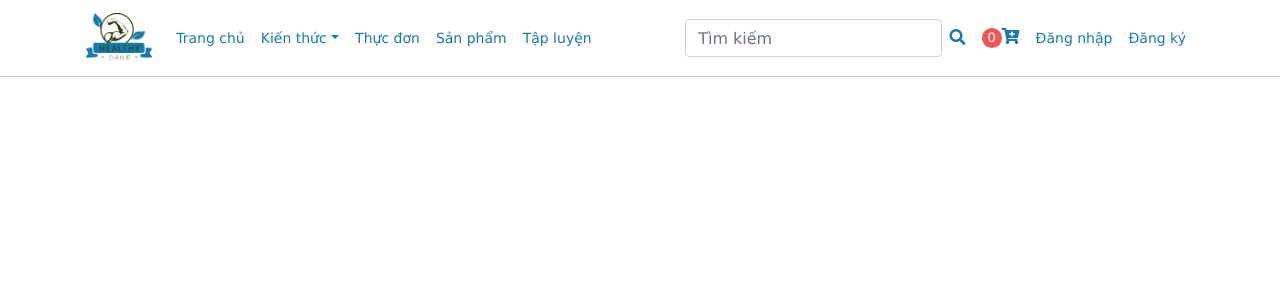
Repository: hohoang106/Project-Intern-Web
Page: homepage/navbar.html
The author's editor kept a copy of each file at every save. The page is drawn from the files as they stood at one save, then again after the next save.
The browser window is 1280 px wide. The pictures show the whole page.
The page's requests for data from a server got no answer.

Above is the page before, as saved 2021-09-12 18:26:45.
Console error: TypeError: Assignment to constant variable.

After the next save:
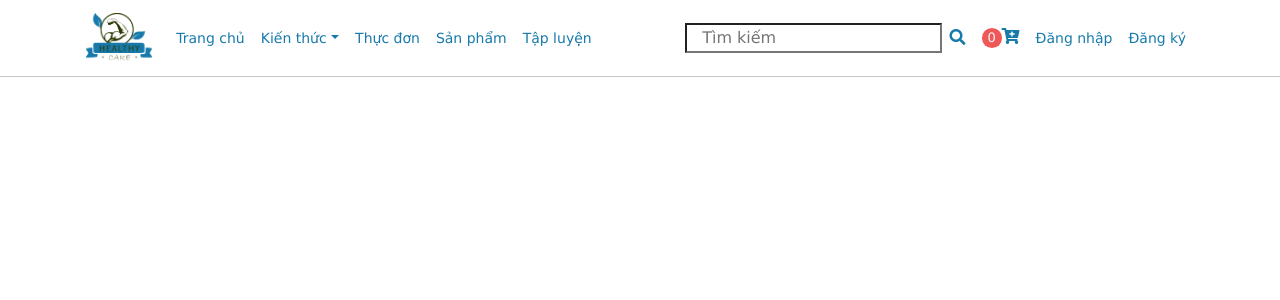
Saved 11 s later.
--- a/homepage/navbar.html
+++ b/homepage/navbar.html
@@ -50,7 +50,7 @@
           </li>
 
         </ul>
-        <input class="form-control col-xl-3 col-12 inputtext" type="search" placeholder="Tìm kiếm">
+        <input class="form-input col-xl-3 col-12 inputtext" type="search" placeholder="Tìm kiếm">
         <div class="icon-search m-2"> <i class="fas fa-search"></i></div>
         <div class="icon-cart m-2">
           <a href="/homepage/payment.html" style="display: flex;">

After the 2 saves that followed:
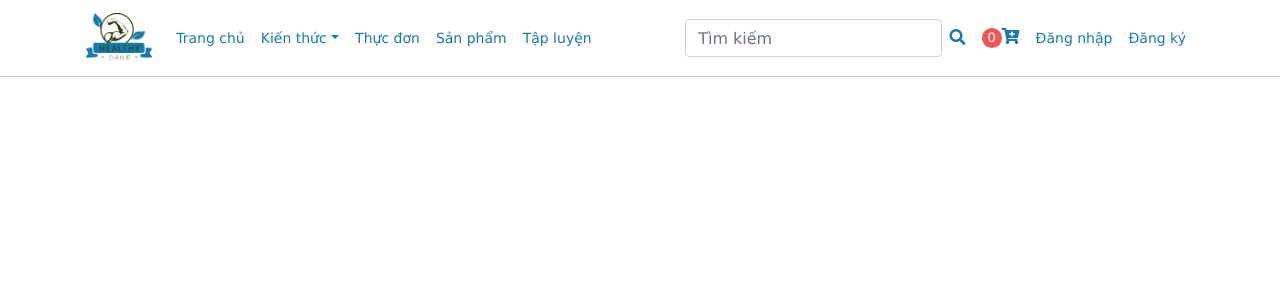
The 2 saves are shown as one change because 1 left the picture as it was.
The last was saved 33 s later.
--- a/homepage/navbar.html
+++ b/homepage/navbar.html
@@ -50,7 +50,7 @@
           </li>
 
         </ul>
-        <input class="form-input col-xl-3 col-12 inputtext" type="search" placeholder="Tìm kiếm">
+        <input class="form-control form-input col-xl-3 col-md-2 col-12 inputtext" type="search" placeholder="Tìm kiếm">
         <div class="icon-search m-2"> <i class="fas fa-search"></i></div>
         <div class="icon-cart m-2">
           <a href="/homepage/payment.html" style="display: flex;">
